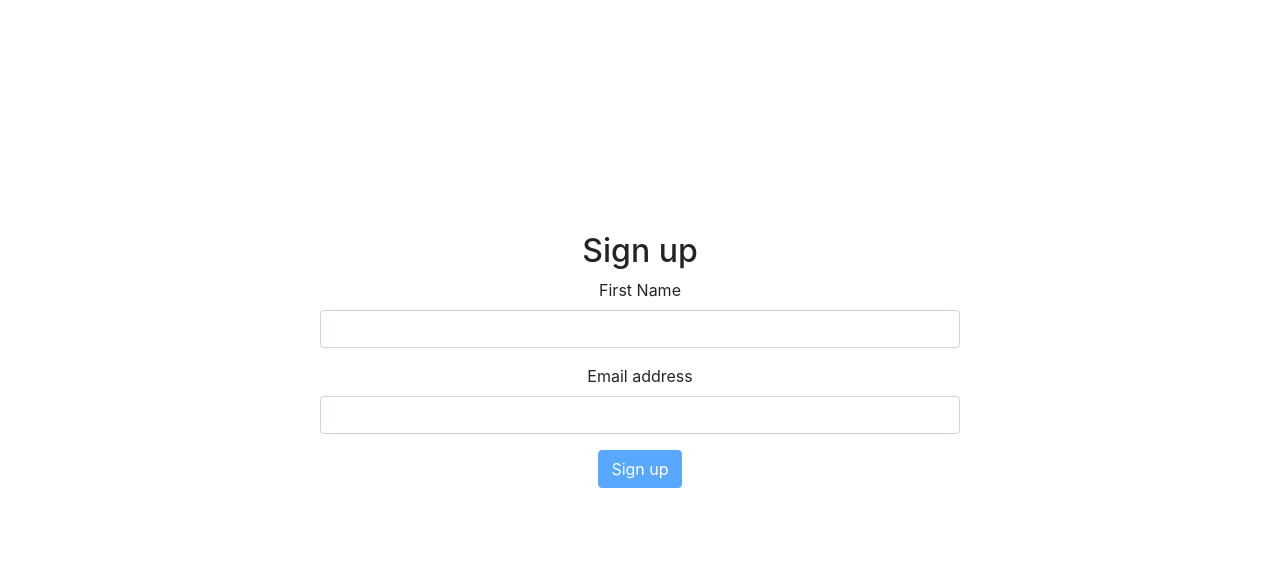
Repository: jklodge/react-form
Page: / (app in adzuna-form/)
The author's editor kept a copy of each file at every save. The page is drawn from the files as they stood at one save, then again after the next save.
The browser window is 1280 px wide. The pictures show the whole page.
The project was rebuilt for these pictures with package versions that can differ from the ones it lists, and the page was loaded fresh each time.

Above is the page before, as saved 2020-01-09 00:31:04.

After the next save:
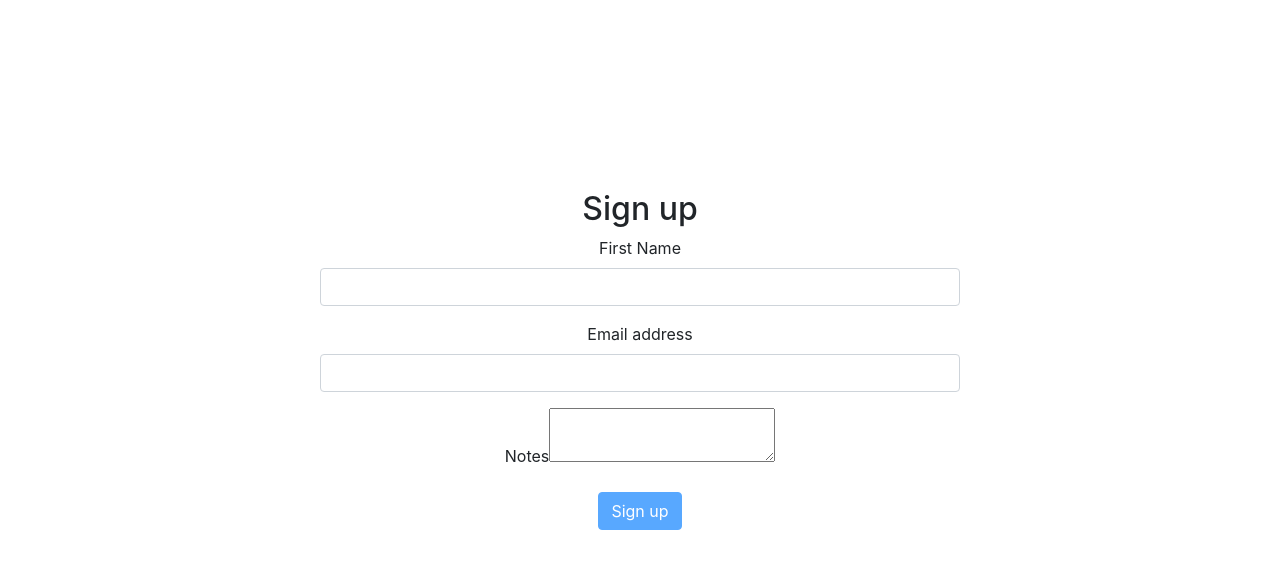
Saved 10 h 40 min later.
--- a/adzuna-form/src/Components/Form.js
+++ b/adzuna-form/src/Components/Form.js
@@ -17,6 +17,8 @@ class Form extends Component {
       [e.target.name]: value
     });
   };
+
+  characterCount = e => {};
 
   validateField = e => {
     const value = e.target.value;
@@ -96,6 +98,11 @@ class Form extends Component {
             />
             <p>{this.state.errorValidation.email ? "Is invalid" : ""}</p>
           </div>
+          <div className={`form-group `}>
+            <label htmlFor="text">Notes</label>
+            <textarea required />
+            <p>{this.state.errorValidation.email ? "Is invalid" : ""}</p>
+          </div>
           <button
             type="submit"
             className="btn btn-primary"
